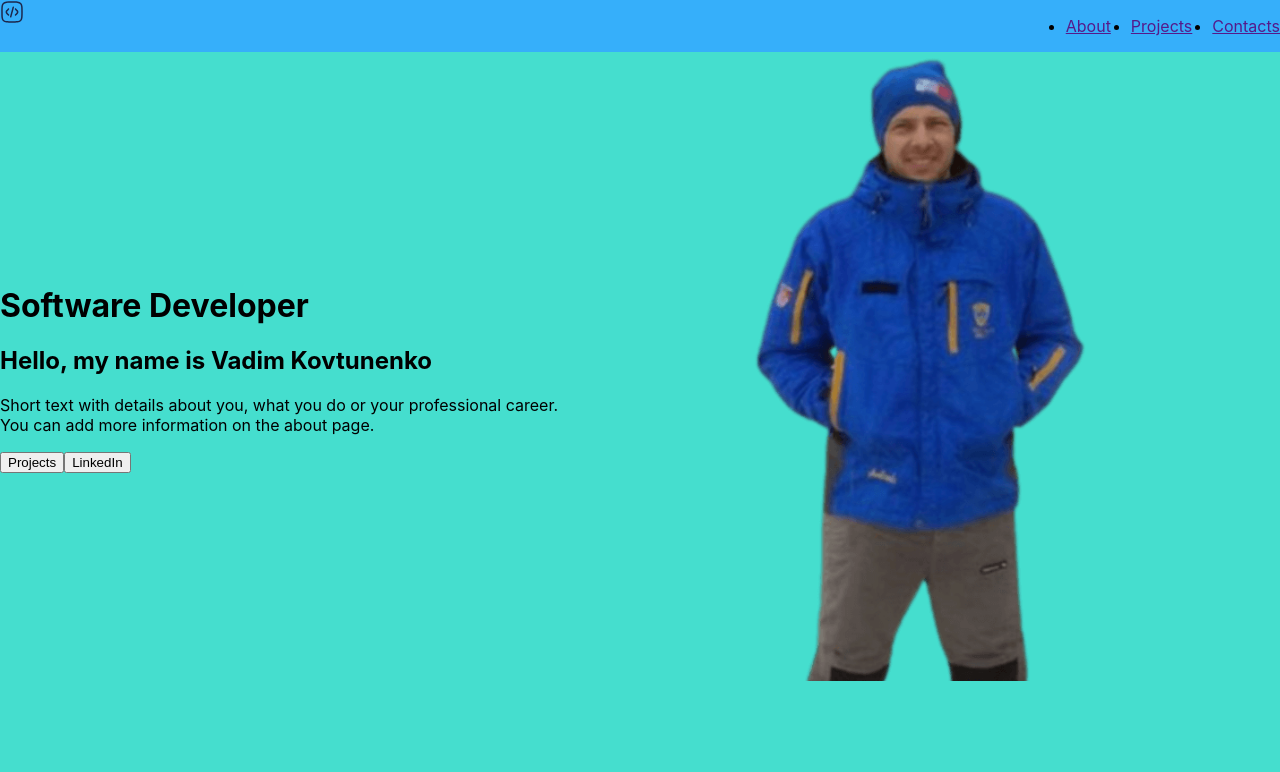
Repository: Vad197779/my-portfolio
Page: /
These files come from the project's save history. The page is drawn as it stood at one moment and after a run of saves; the edit follows.
The browser window is 1280 px wide. The pictures show the whole page.
The project was rebuilt for these pictures with package versions that can differ from the ones it lists, and the page was loaded fresh each time. Also part of the build but not shown: src/App.css.

Above is the page before, as saved 2023-09-18 15:18:26.

After the next 5 saves:
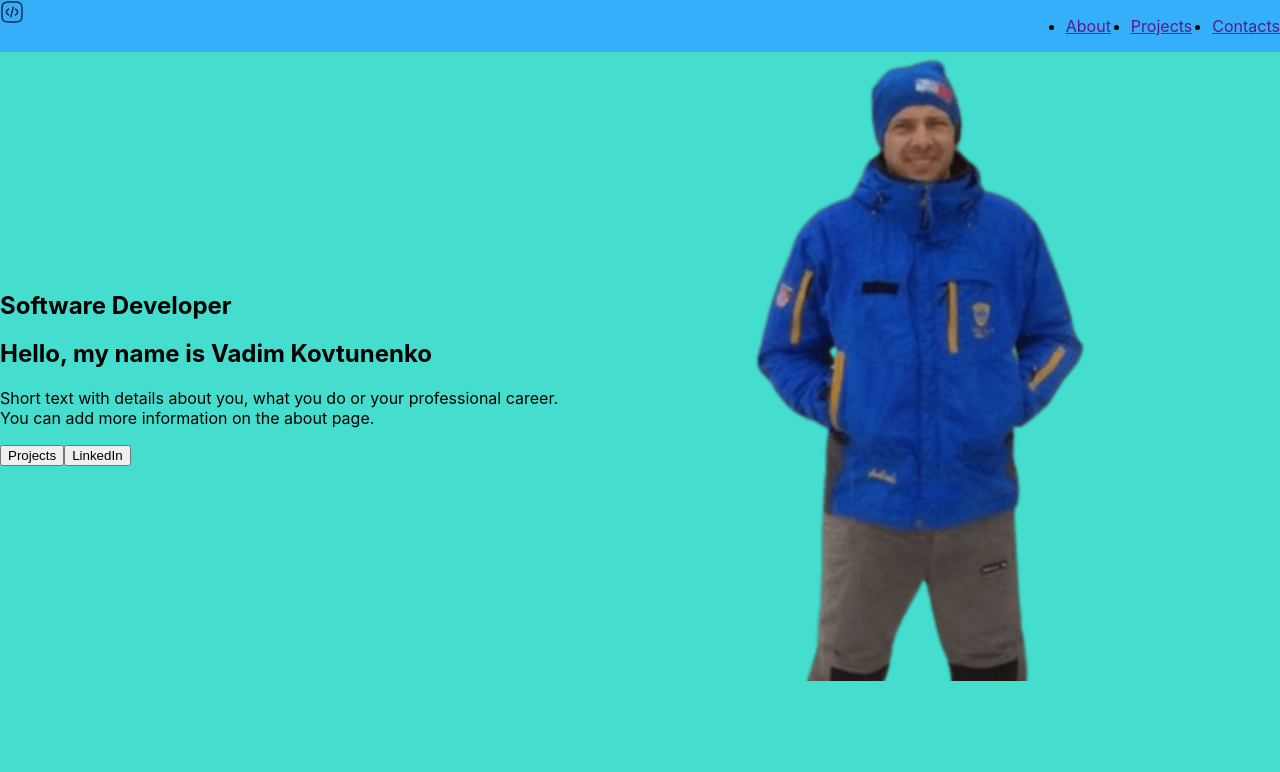
The 5 saves are shown as one change because they came seconds apart.
The last was saved 76 s later.
--- a/src/layout/sections/main/Main.tsx
+++ b/src/layout/sections/main/Main.tsx
@@ -22,7 +22,7 @@ export const Main = () => {
   )
 }
 
-const StyledMain = styled.div`
+const StyledMain = styled.section`
   min-height: 100vh;
   background-color: #45dece;
 `
